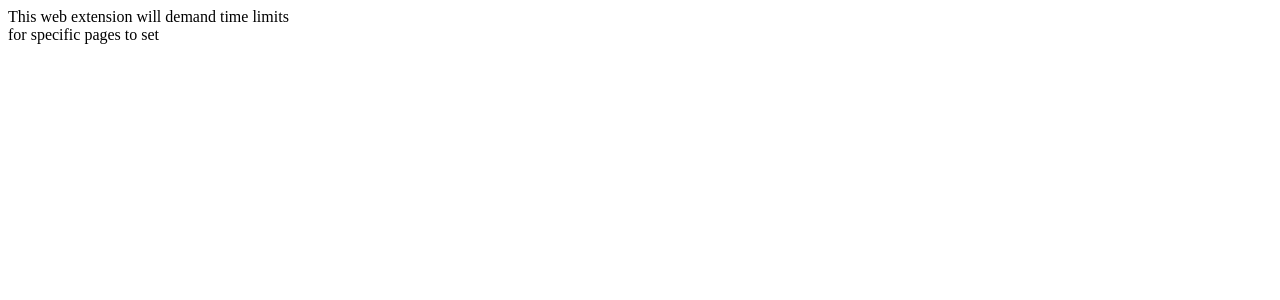
Repository: AndrlmMass/Time-management-chrome-extension
Page: popup.html
An editor plug-in stored every save of this project. The page is shown before and after the next save, followed by the edit.
The browser window is 1280 px wide. The pictures show the whole page.

Above is the page before, as saved 2023-08-22 15:05:00.

### popup.html
<!DOCTYPE html>
<html>
<head>
  <title>Popup</title>
</head>
<body>
  <div id="popup-container">
    <text> This web extension will demand time limits for specific pages to set </text>
  </div>
  <script src="popup.js"></script> <!-- Link to your JS file -->
</body>
</html>

### popup.js
document.addEventListener('DOMContentLoaded', function() {
  // Get the popup's main container element
  const popupContainer = document.getElementById('popup-container');

  // Set custom width and height
  popupContainer.style.width = '300px';    // Adjust width as needed
  popupContainer.style.height = '200px';   // Adjust height as needed
});

After the next save:
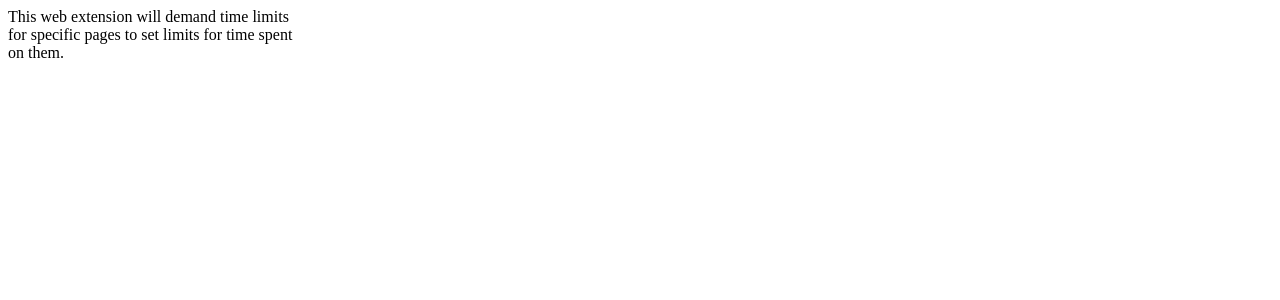
Saved 6 s later.
--- a/popup.html
+++ b/popup.html
@@ -5,7 +5,7 @@
 </head>
 <body>
   <div id="popup-container">
-    <text> This web extension will demand time limits for specific pages to set </text>
+    <text> This web extension will demand time limits for specific pages to set limits for time spent on them. </text>
   </div>
   <script src="popup.js"></script> <!-- Link to your JS file -->
 </body>
